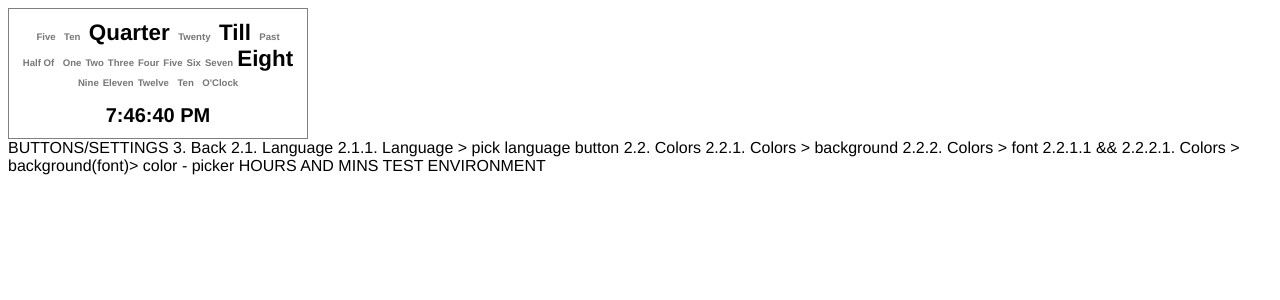
Repository: Skaidrius/WordClock
Page: index.html
The author's editor kept a record of every edit. The page is drawn from the files as they stood at one moment, then again after the next edit.
The browser window is 1280 px wide. The pictures show the whole page.
Some web libraries are served in a nearby version.

Above is the page before.

After the next edit:
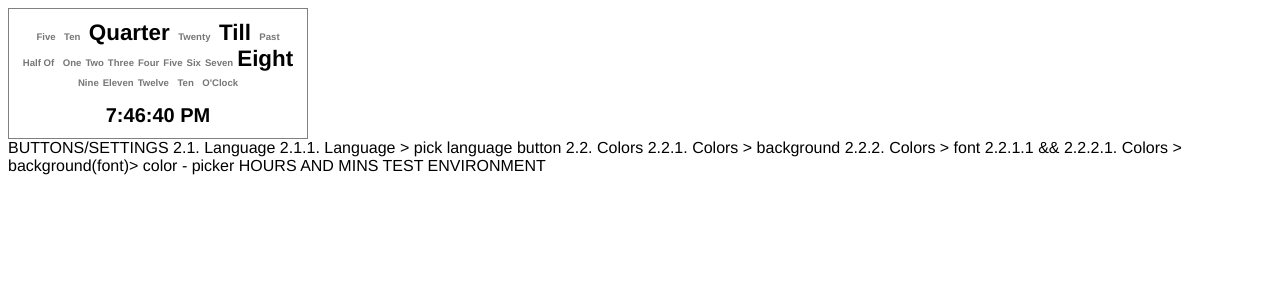
The edit:
--- a/index.html
+++ b/index.html
@@ -56,7 +56,7 @@
             <span ng-show="en">Settings</span>
         </button>
 
-        3. Back
+        <!--3. Back -->
         <button ng-show="change" ng-init="en=true" ng-click="change=!change; sets=false">
             <span ng-show="lt">Laikrodis</span>
             <span ng-show="en">ClockView</span>
